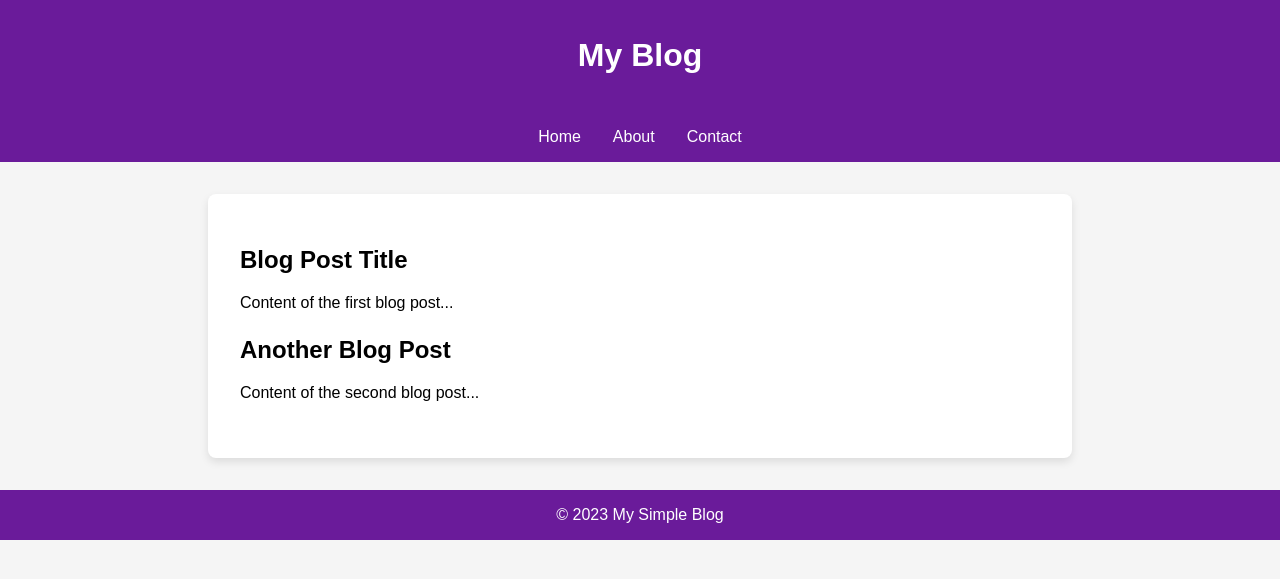
Repository: Femi007-gh/BLOG
Page: index.html
An editor plug-in stored every save of this project. The page is shown before and after a run of saves, followed by the edit.
The browser window is 1280 px wide. The pictures show the whole page.

Above is the page before, as saved 2025-01-08 08:58:24.
Not found: st

After the next 4 saves:
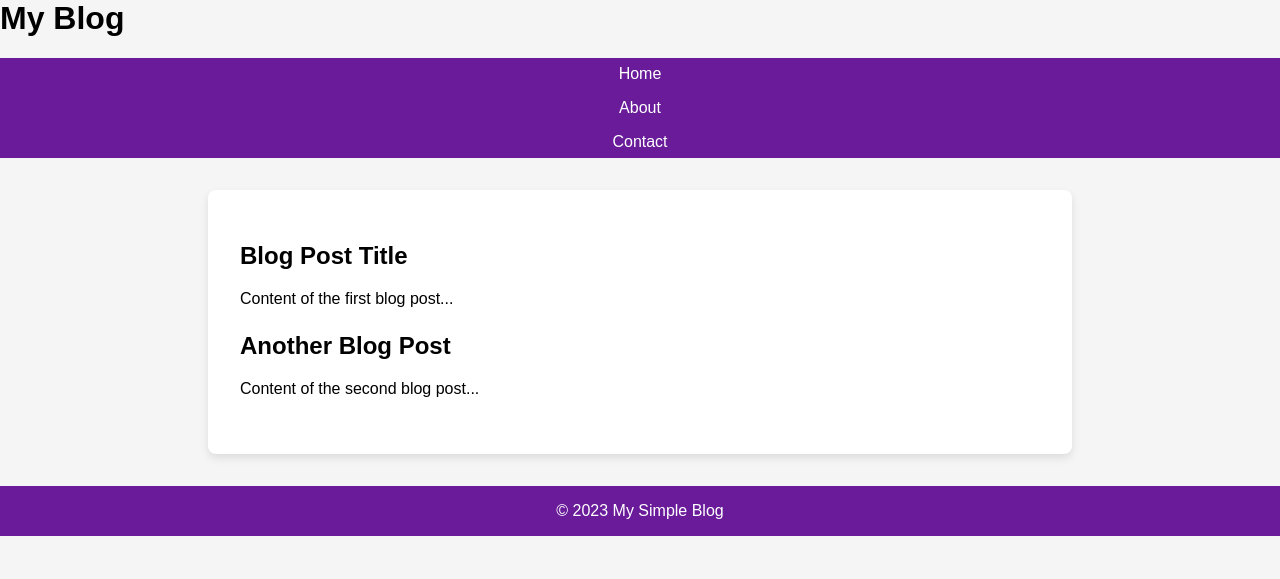
The 4 saves are shown as one change because they came seconds apart.
The last was saved 11 s later.
--- a/index.html
+++ b/index.html
@@ -1,59 +1,7 @@
-
 <html>
 <head>
   <title>My Blog</title>
-  <link rel="stylesheet" href="st">
-  <style>
-    body {
-      margin: 0;
-      font-family: Arial, sans-serif;
-      background-color: #f5f5f5;
-    }
-
-    header {
-      background-color: #6a1b9a;
-      color: white;
-      text-align: center;
-      padding: 1rem;
-    }
-
-    nav {
-      display: flex;
-      justify-content: center;
-      background-color: #6a1b9a;
-    }
-
-    nav a {
-      color: white;
-      text-decoration: none;
-      padding: 1rem;
-    }
-
-    nav a:hover {
-      background-color: #4a148c;
-    }
-
-    .container {
-      margin: 2rem auto;
-      max-width: 800px;
-      background-color: white;
-      border-radius: 8px;
-      padding: 2rem;
-      box-shadow: 0 4px 8px rgba(0, 0, 0, 0.1);
-    }
-
-    .blog-post {
-      margin-bottom: 1.5rem;
-    }
-
-    footer {
-      background-color: #6a1b9a;
-      color: white;
-      text-align: center;
-      padding: 1rem 0;
-      margin-top: 2rem;
-    }
-  </style>
+  <link rel="stylesheet" href="style.css">
 </head>
 <body>
   <header>
